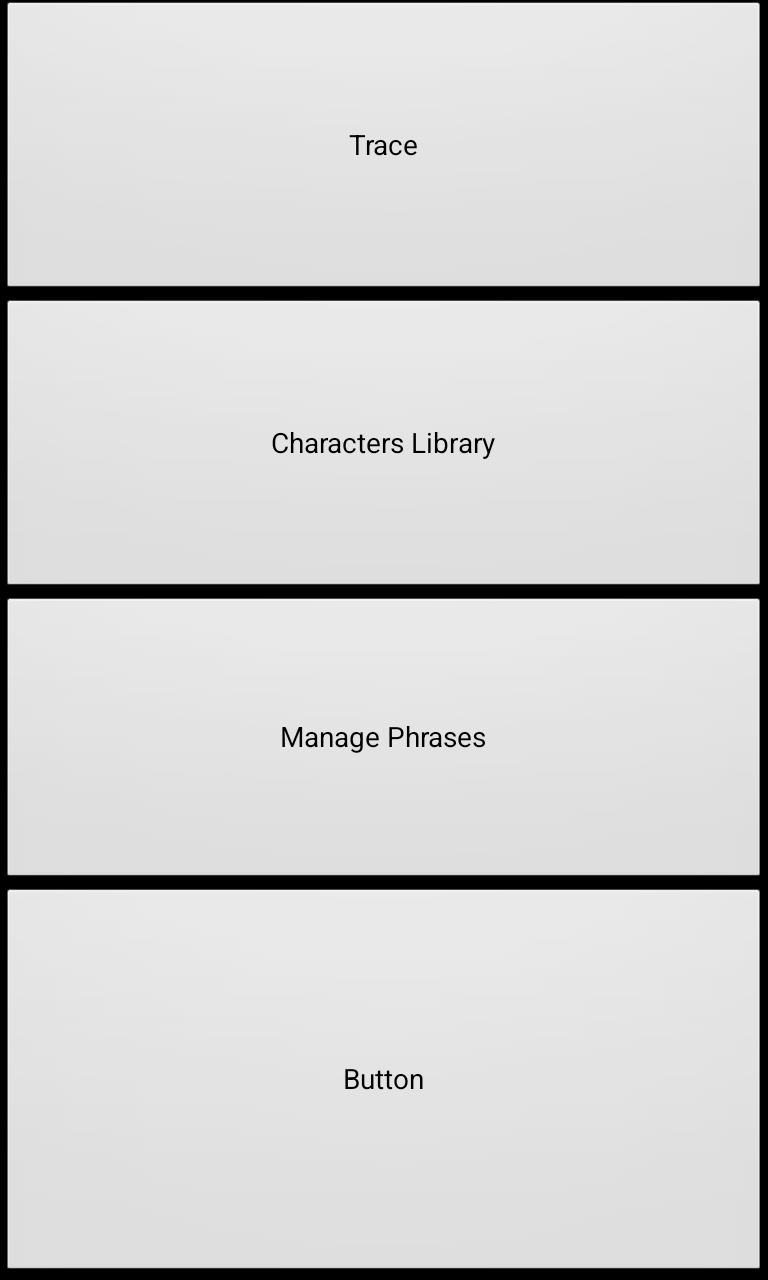
Repository: ljtao/Trace2Learn
Layout: Trace2Learn/res/layout/main.xml
An editor plug-in stored every save of this project. The layout is shown before and after the next save, followed by the edit.
It is drawn on a 768 x 1280 px phone screen (xhdpi) without system bars, with theme android:Theme; the app's code is not run.

Above is the layout before, as saved 2012-04-10 04:45:01.

After the next save:
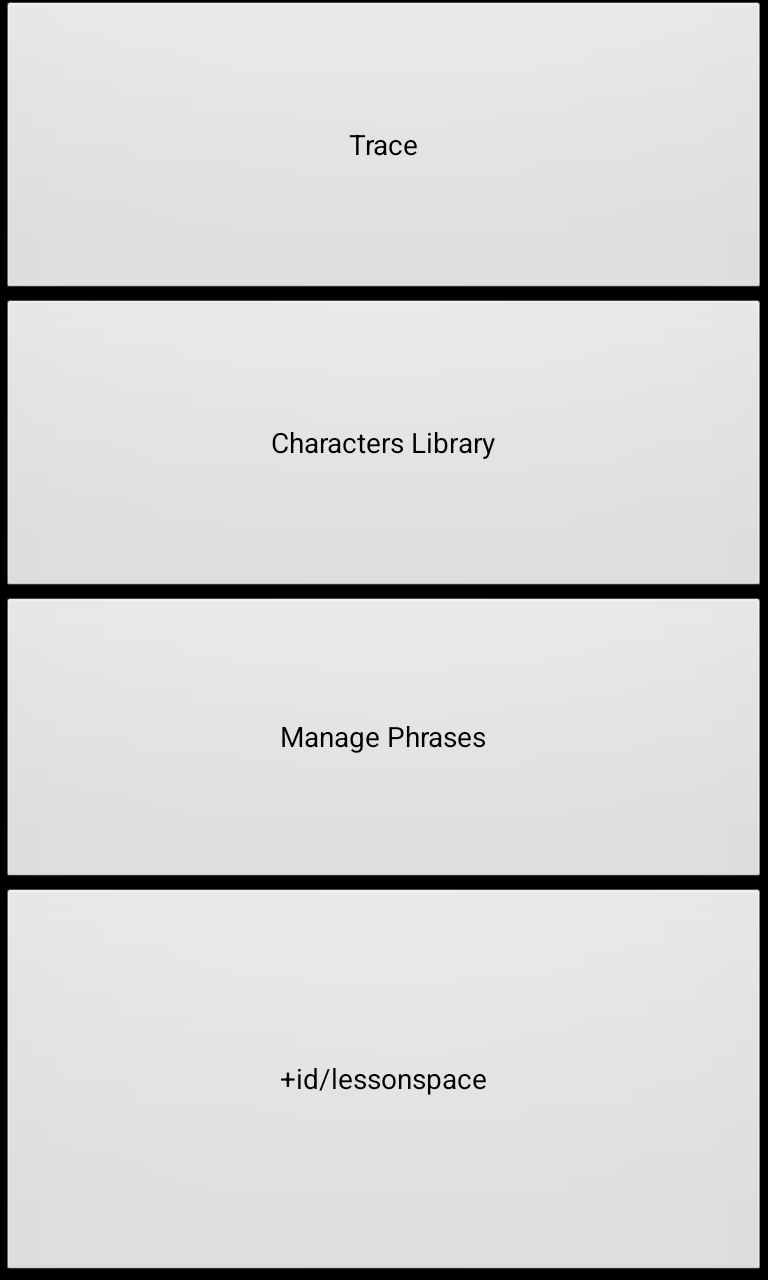
Saved 57 s later.
--- a/Trace2Learn/res/layout/main.xml
+++ b/Trace2Learn/res/layout/main.xml
@@ -32,10 +32,10 @@
 
 
 	    <Button
-	        android:id="@+id/button1"
+	        android:id="@+id/lesson"
 	        android:layout_width="fill_parent"
 	        android:layout_height="wrap_content"
 	        android:layout_weight="1.00"
-	        android:text="Button" />
+	        android:text="+id/lessonspace" />
 
 	</LinearLayout>
